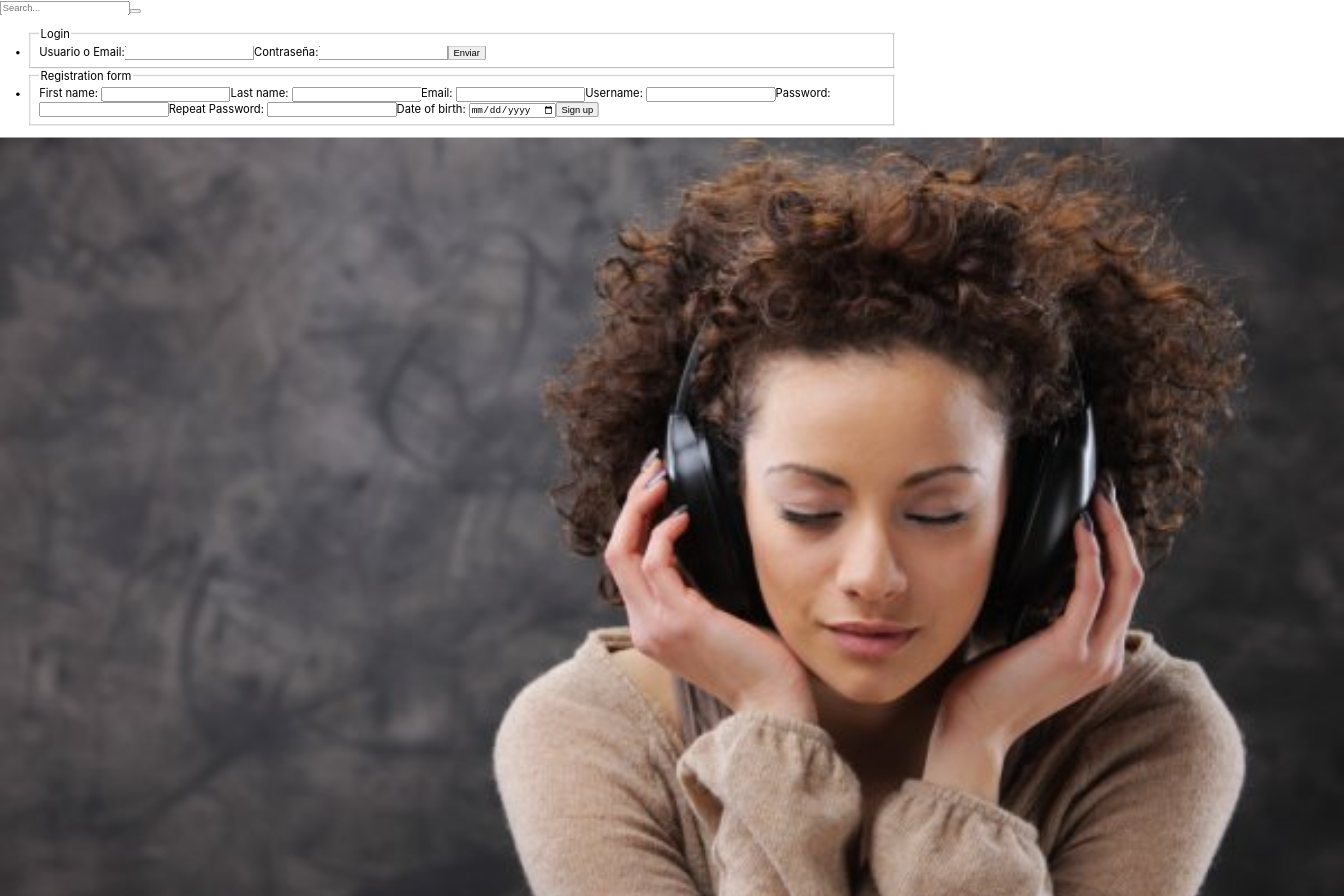
Repository: Zapulin/react-sixtySeconds-front
Page: /
The author's editor kept a copy of each file at every save. The page is drawn from the files as they stood at one save, then again after the next save.
The browser window is 1280 px wide. The page is 1920 px wide, then 1280 px, so the pictures cover 1920 px, including what lies to the right of the window. The pictures show the part of the page from y = 0 to 1280 px (the page is 1854 px tall before and 1465 px after), at 70% of full size.
The project was rebuilt for these pictures with package versions that can differ from the ones it lists, and the page was loaded fresh each time. Also part of the build but not shown: src/Components/Publish.js, src/Components/Activity.js, src/Components/Categories.js, src/Components/IconProfile.js, src/Components/Recorder.js, src/Components/Audio.js, src/Components/Likes.js, src/Components/Comment.js and 7 more. Imported but missing from the stored project, and not drawn on this page: src/Samples/AUDIOMP3.mp3, src/Samples/AUDIOOGG.ogg.

Above is the page before, as saved 2022-04-13 14:37:26.

After the next save:
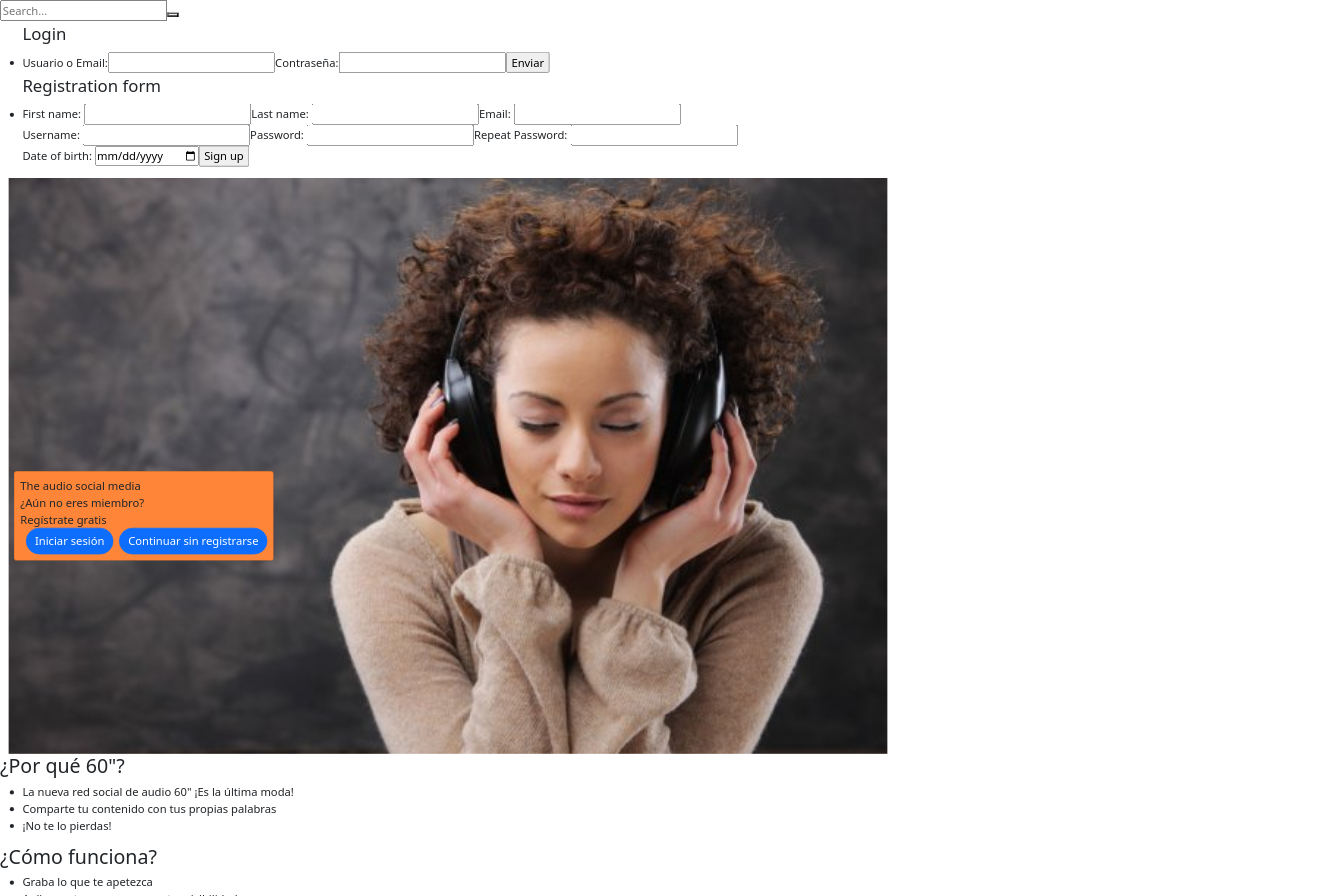
Saved 30 s later.
--- a/src/index.js
+++ b/src/index.js
@@ -2,7 +2,7 @@ import React from 'react';
 import ReactDOM from 'react-dom';
 import App from './App';
 import './index.css';
-import 'bootstrap/dist/css/bootstrap.min.js';
+import 'bootstrap/dist/css/bootstrap.min.css';
 
 ReactDOM.render(
   <React.StrictMode>
